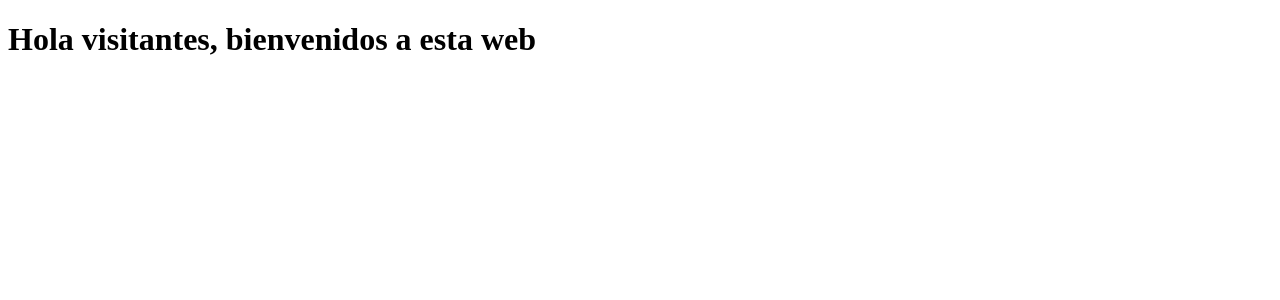
Repository: Thorhands/MyWeb
Page: web.html
The author's editor kept a copy of each file at every save. The page is drawn from the files as they stood at one save, then again after the next save.
The browser window is 1280 px wide. The pictures show the whole page.

Above is the page before, as saved 2023-06-22 03:48:25.

After the next save:
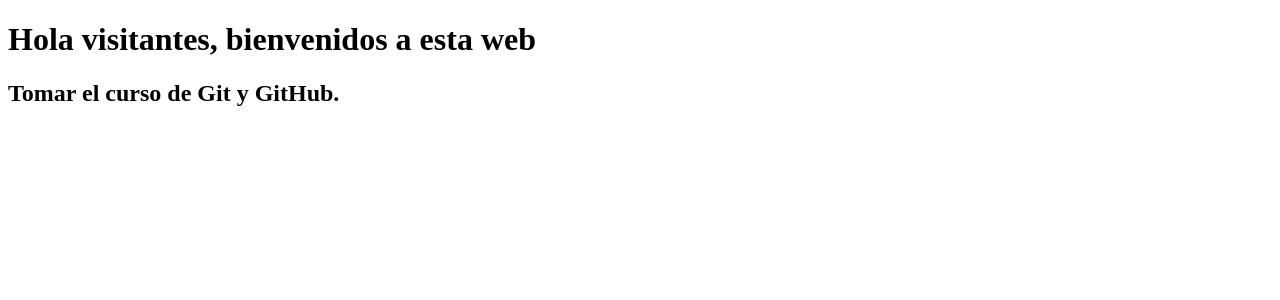
Saved 6 days later.
--- a/web.html
+++ b/web.html
@@ -8,6 +8,9 @@
             <h1>
                 Hola visitantes, bienvenidos a esta web
             </h1>
+            <h2>
+                Tomar el curso de Git y GitHub.
+            </h2>
         </div>
     </body>
 </html>
